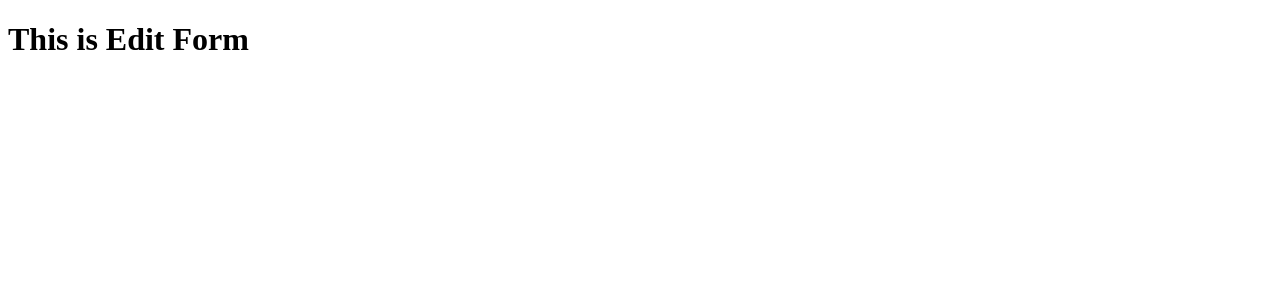
Repository: vineethGoudGithub/JavaApplications
Page: http://localhost/ProductManagementApp/edit-form.jsp
The author's editor kept a copy of each file at every save. The page is drawn from the files as they stood at one save, then again after the next save.
The browser window is 1280 px wide. The pictures show the whole page.
The page is served by Tomcat 9. Other server files are loaded and not shown.

Above is the page before, as saved 2024-03-07 06:23:36.

### ProductManagementApp/src/main/webapp/edit-form.jsp
<%@ page language="java" contentType="text/html; charset=ISO-8859-1"
    pageEncoding="ISO-8859-1"%>
<!DOCTYPE html>
<html>
<head>
<meta charset="ISO-8859-1">
<title>Insert title here</title>
</head>
<body>
	<h1>This is Edit Form</h1>
</body>
</html>

After the next save:
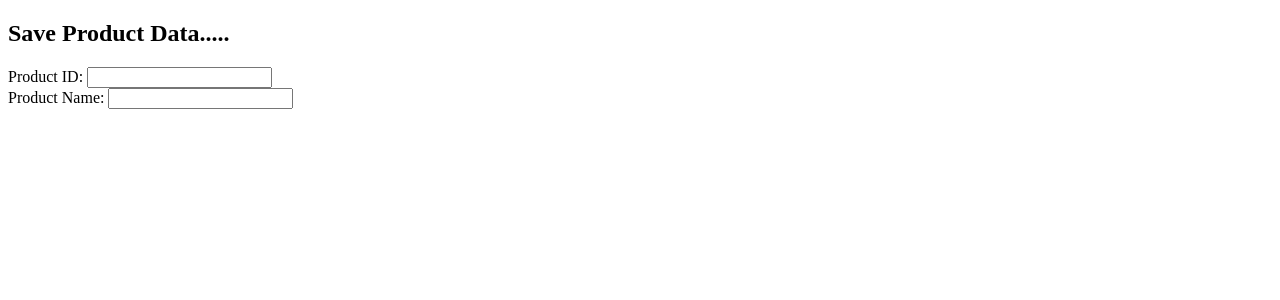
Saved 3 min 17 s later.
--- a/ProductManagementApp/src/main/webapp/edit-form.jsp
+++ b/ProductManagementApp/src/main/webapp/edit-form.jsp
@@ -7,6 +7,19 @@
 <title>Insert title here</title>
 </head>
 <body>
-	<h1>This is Edit Form</h1>
+	<div class="container mt-5 text-center">
+		<h2 class="text-center font-italic mb-1">Save Product Data.....</h2>
+		 <form method="post" action="./AddProductServlet" enctype="multipart/form-data" onsubmit="return validateForm()">
+
+      		<div class="form-group">
+                <label class="font-italic font-weight-bold" for="proId">Product ID:</label>
+                <input type="text" class="form-control-sm" id="proId" name="proId" required>
+            </div>
+
+            <div class="form-group">
+                <label class="font-italic font-weight-bold" for="proName">Product Name:</label>
+                <input type="text" class="form-control-sm" id="proName" name="proName" required>
+            </div>
+
 </body>
 </html>
